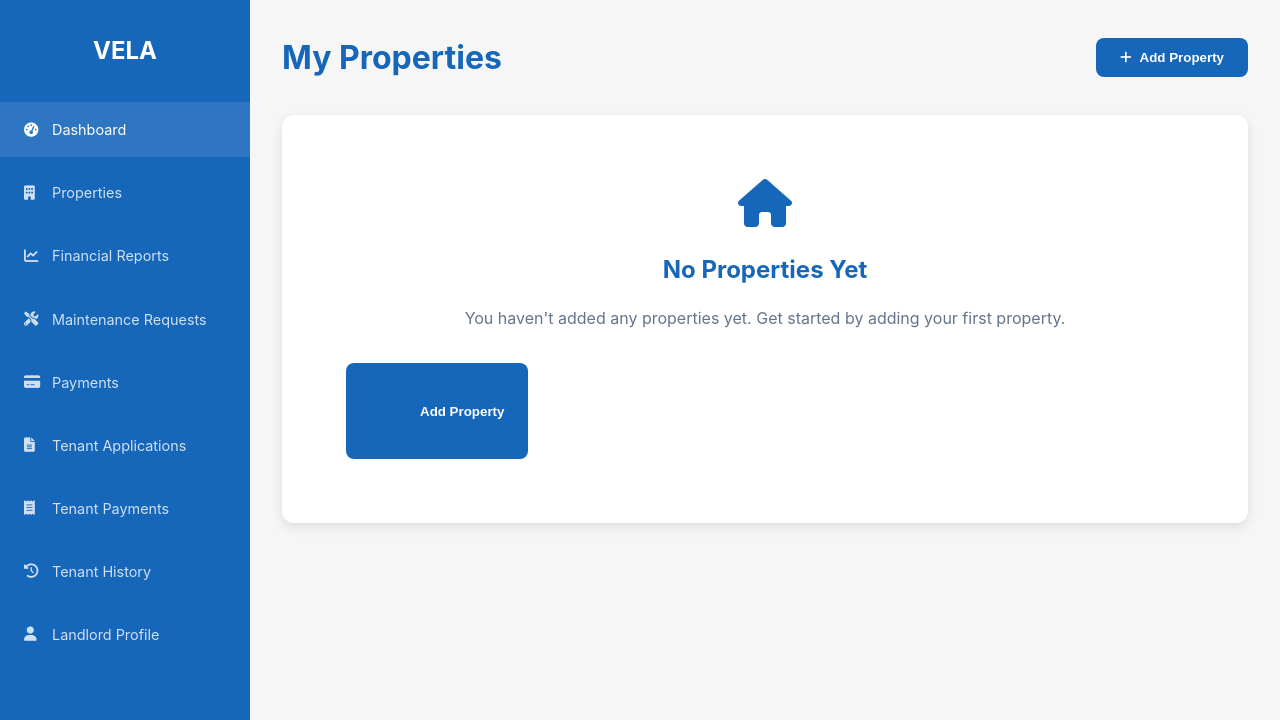
Repository: rizzerk/vela
Page: http://localhost/vela/LANDLORD/properties.php
The author's editor kept a copy of each file at every save. The page is drawn from the files as they stood at one save, then again after the next save.
The browser window is 1280 px wide. The pictures show the whole page.
The page is run by PHP 8.4 with error messages shown; the project is at /var/www/html/. Queries for data that is not in the repository find no rows.

Above is the page before, as saved 2025-06-28 17:45:07.

After the next save:
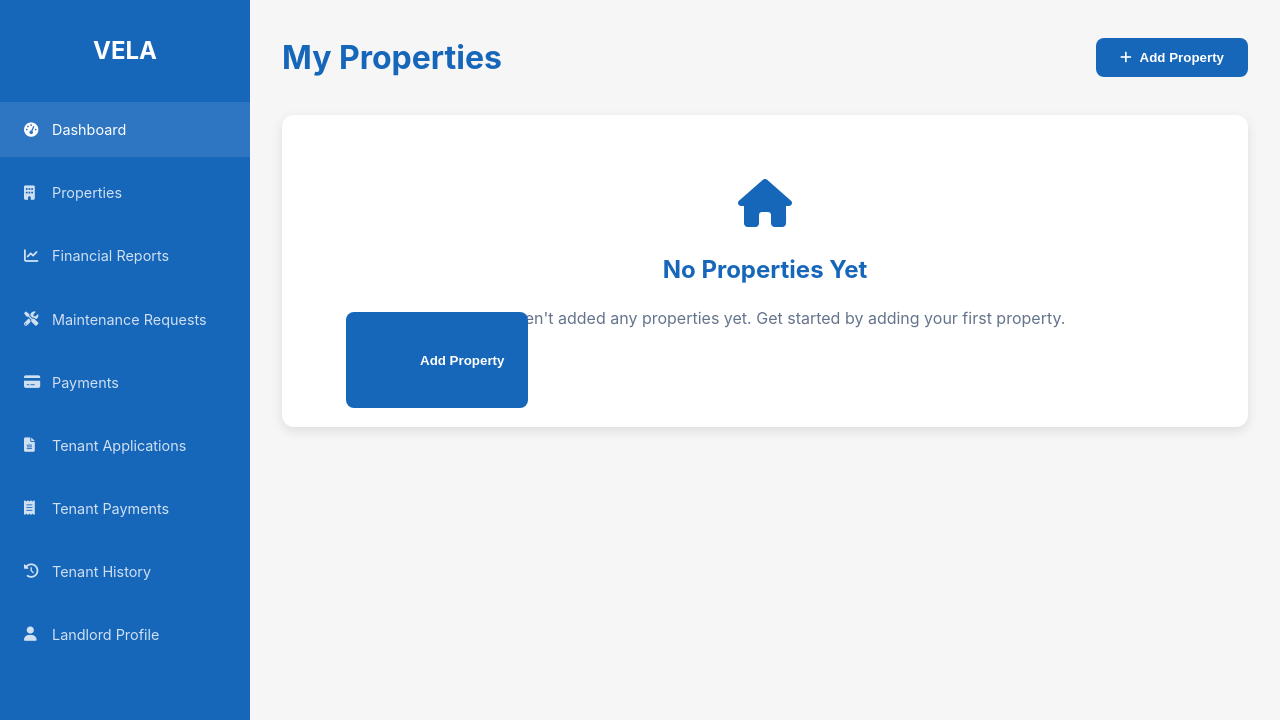
Saved 34 min 12 s later.
--- a/LANDLORD/properties.php
+++ b/LANDLORD/properties.php
@@ -261,9 +261,15 @@ $properties = mysqli_fetch_all($result, MYSQLI_ASSOC);
                 <i class="fas fa-home"></i>
                 <h3>No Properties Yet</h3>
                 <p>You haven't added any properties yet. Get started by adding your first property.</p>
-                <button class="add-property-btn" onclick="window.location.href='add-property.php'">
-                    <i class="fas fa-plus"></i> Add Property
-                </button>
+                <div style="margin: 0;
+  position: absolute;
+  top: 50%;
+  -ms-transform: translateY(-50%);
+  transform: translateY(-50%);">
+                  <button class="add-property-btn" onclick="window.location.href='add-property.php'">
+                      <i class="fas fa-plus"></i> Add Property
+                  </button>
+                </div>
             </div>
         <?php else: ?>
             <div class="properties-grid">
